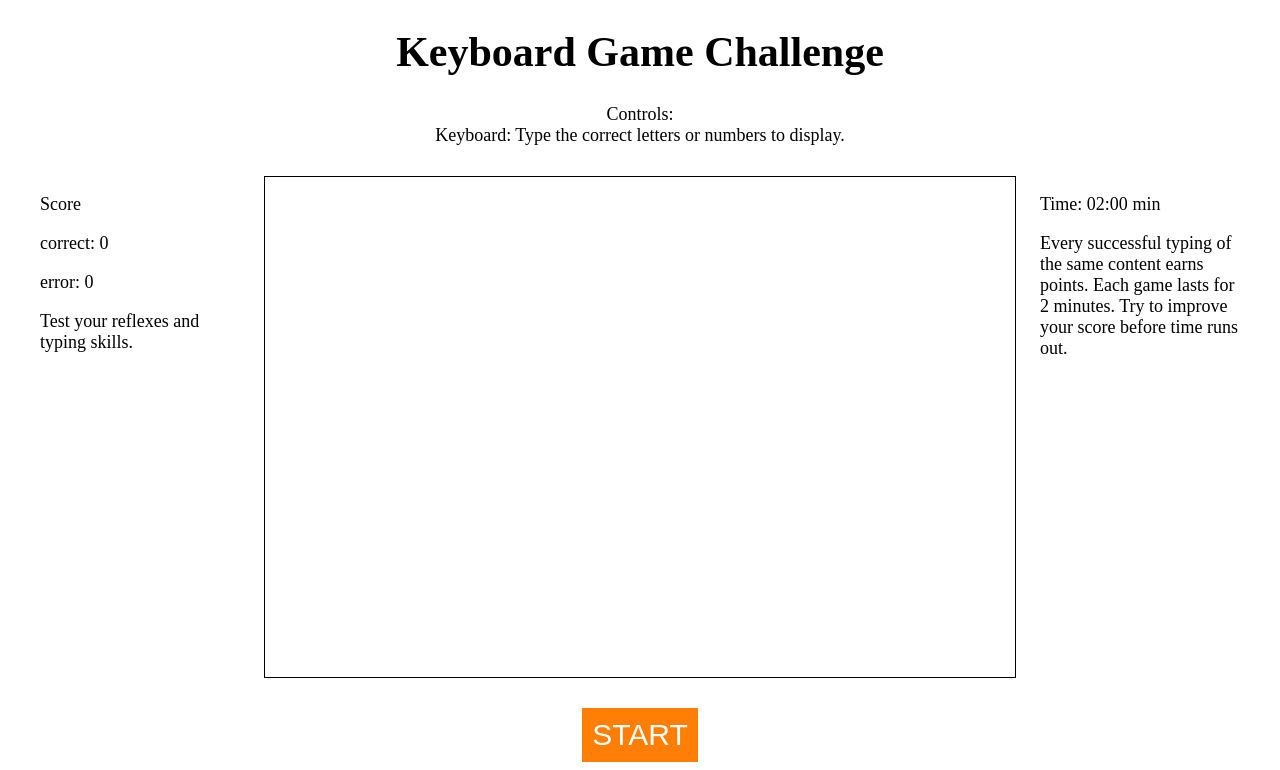
Repository: TianJunShi1/imw-2023
Page: index.html
These files come from the project's save history. The page is drawn as it stood at one moment and after the next save; the edit follows.
The browser window is 1280 px wide. The pictures show the whole page.

Above is the page before, as saved 2024-03-25 10:51:36.

After the next save:
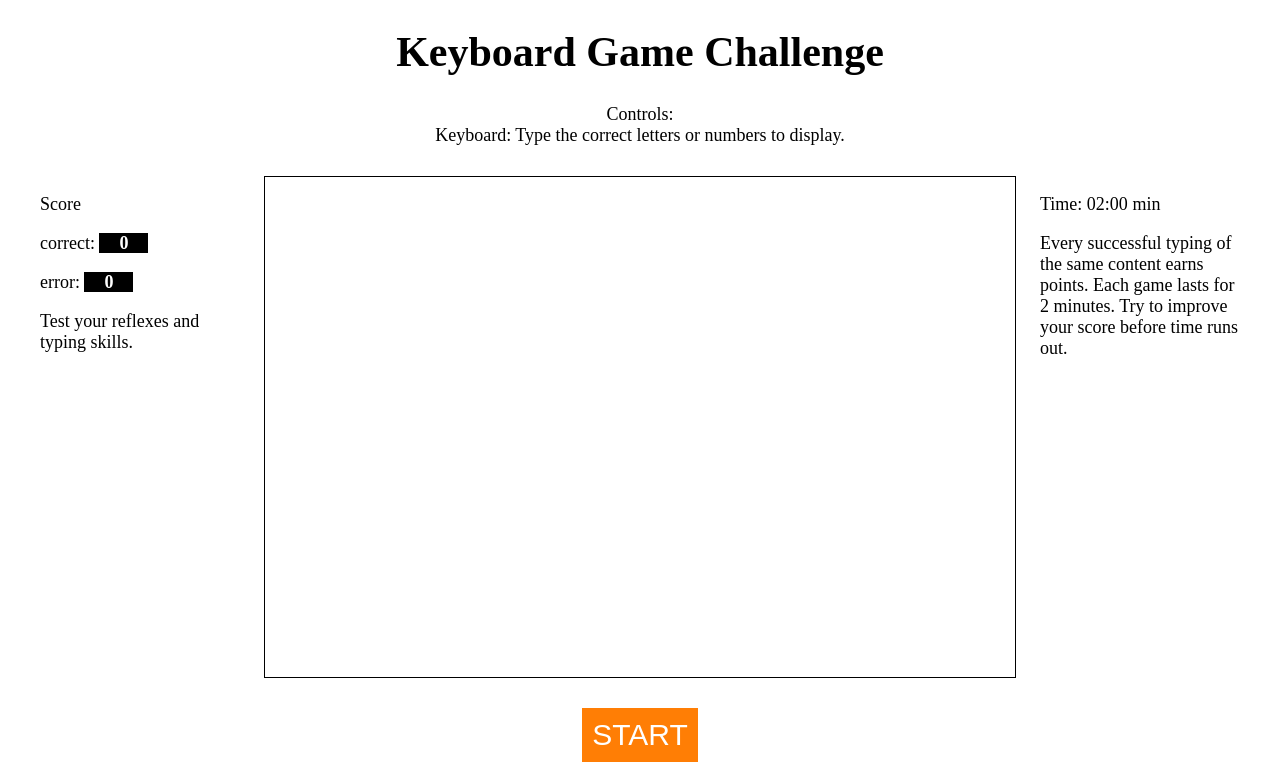
Saved 37 s later.
--- a/index.html
+++ b/index.html
@@ -39,7 +39,8 @@
       margin: 0;
     }
 
-    #score {
+    #correct,
+    #incorrect {
       padding: 0 20px;
       background-color: #000;
       color: #fff;
